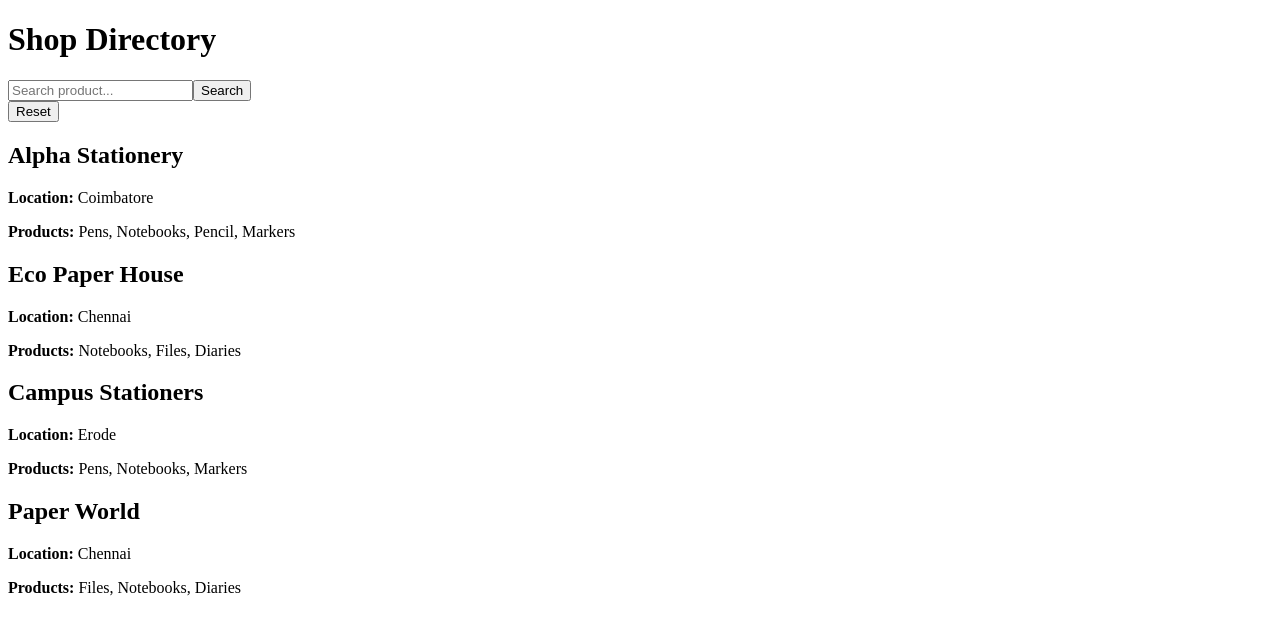
Repository: Pavithra-09git/CarSort
Page: /
The author's editor kept a copy of each file at every save. The page is drawn from the files as they stood at one save, then again after the next save.
The browser window is 1280 px wide. The pictures show the whole page.
The project was rebuilt for these pictures with package versions that can differ from the ones it lists, and the page was loaded fresh each time. Also part of the build but not shown: vite.config.js, src/assets/Component/CardDetailPage.jsx.

Above is the page before, as saved 2025-10-26 15:54:14.

After the next save:
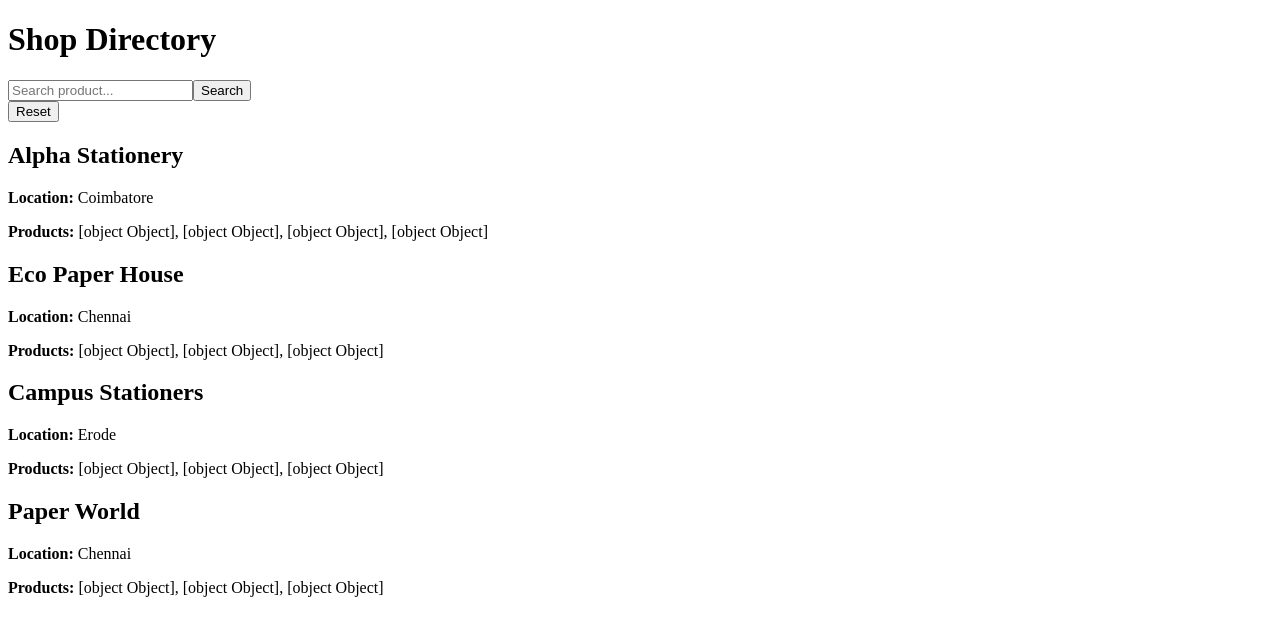
Saved 16 s later.
--- a/src/assets/Component/Card.jsx
+++ b/src/assets/Component/Card.jsx
@@ -3,14 +3,14 @@ import { Link } from 'react-router-dom';
 
 const Card = ({ shop, results }) => {
   return (
-    <Link to={`shop/${shop.id}`}  style={{ textDecoration: 'none', color: 'inherit' }}>
+    <Link to={`shop/${shop.id}`} style={{ textDecoration: 'none', color: 'inherit' }}>
       <div className="card">
         <h2>{shop.name}</h2>
         <p><strong>Location:</strong> {shop.location}</p>
         {results ? (
-          <p><strong>Product:</strong> {shop.product.name}</p>
+          <p><strong>Product:</strong> {shop.product}</p>
         ) : (
-          <p><strong>Products:</strong> {shop.products.map(p => p.name).join(", ")}</p>
+          <p><strong>Products:</strong> {shop.products.join(", ")}</p>
         )}
       </div>
     </Link>
